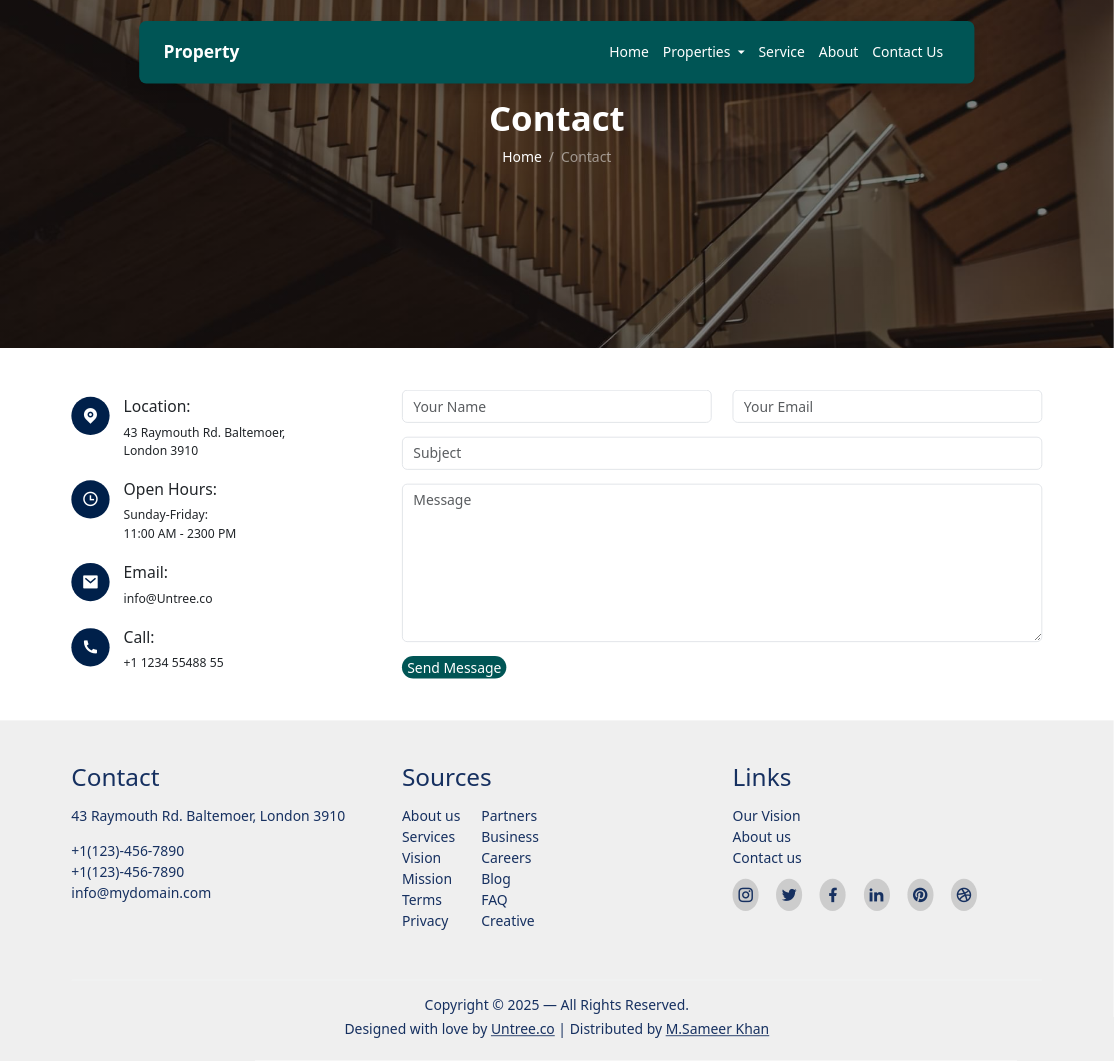
Repository: sameerrrrkhan911-git/Property
Page: contact.html
These files come from the project's save history. The page is drawn as it stood at one moment and after a run of saves; the edit follows.
The browser window is 1280 px wide. The pictures show the whole page, at 87% of full size.
Some web libraries are served in a nearby version.

Above is the page before, as saved 2025-09-28 21:44:25.
Console error: TypeError: Cannot read properties of undefined (reading 'length')

After the next 2 saves:
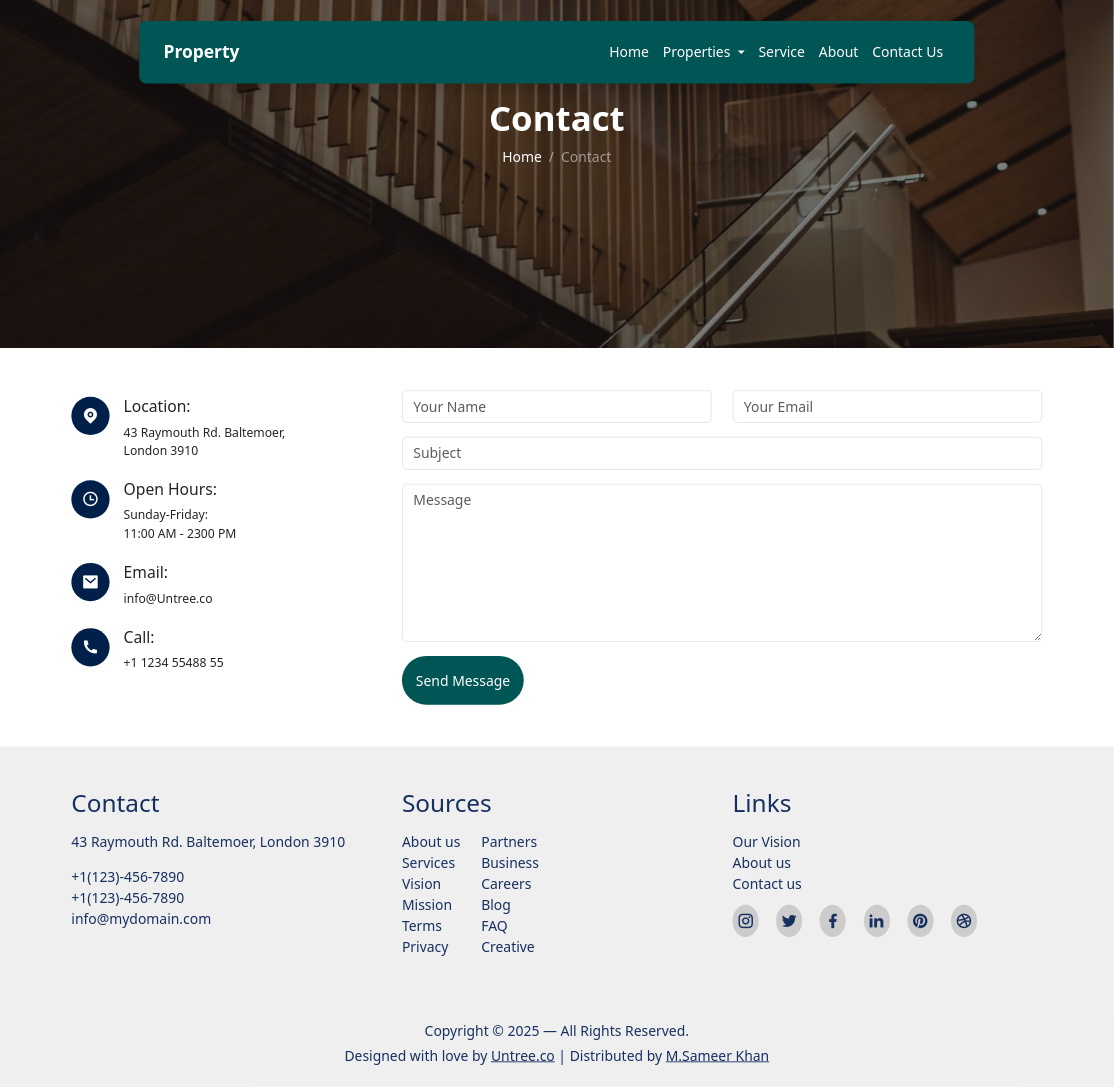
The 2 saves are shown as one change because they came seconds apart.
The last was saved 5 s later.
--- a/contact.html
+++ b/contact.html
@@ -149,7 +149,7 @@
                 </div>
 
                 <div class="col-12">
-                  <input type="submit" value="Send Message" class="green-color rounded-pill border-0 white">
+                  <input type="submit" value="Send Message" class="green-color rounded-pill border-0 white p-3">
                 </div>
               </div>
             </form>
